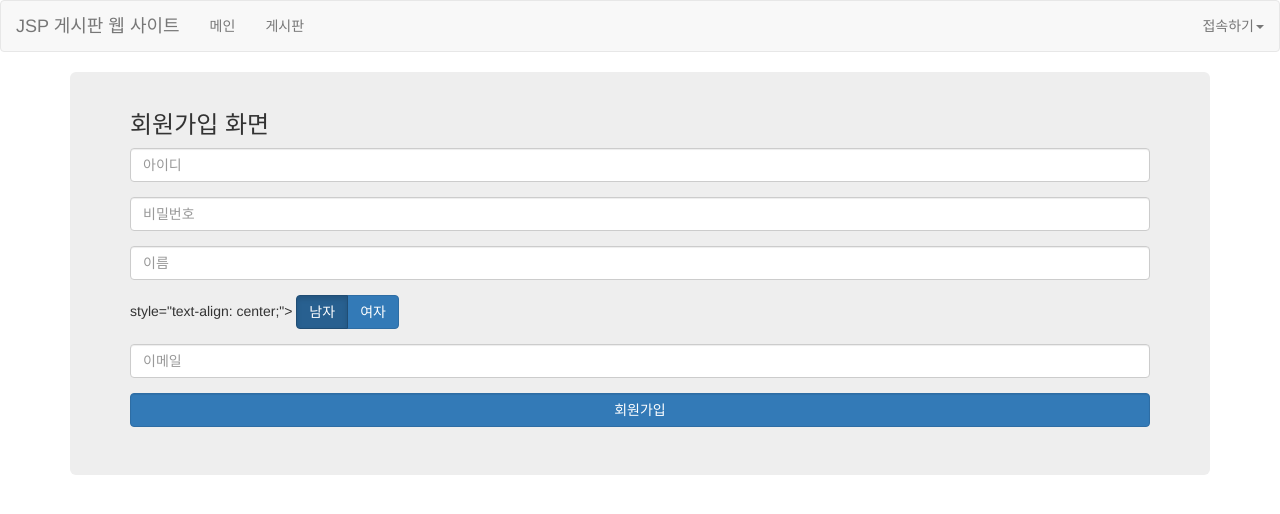
Repository: kkdk1116/JSP_Test
Page: http://localhost/BBS/join.jsp
The author's editor kept a copy of each file at every save. The page is drawn from the files as they stood at one save, then again after the next save.
The browser window is 1280 px wide. The pictures show the whole page.
Some web libraries are served in a nearby version. The page is served by Tomcat 9.

Above is the page before, as saved 2022-03-12 03:01:26.

After the next save:
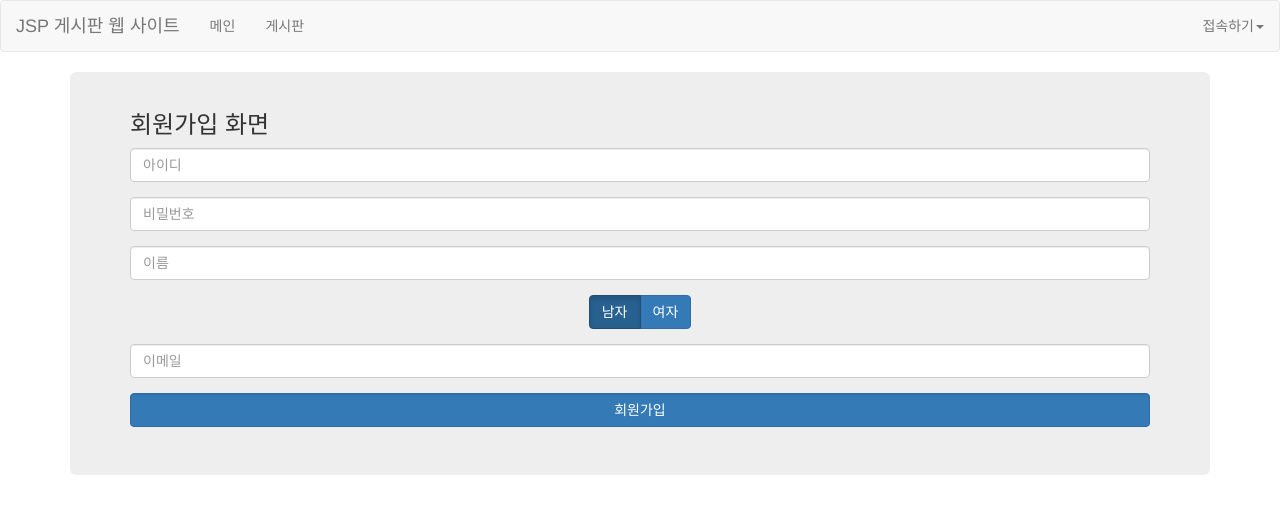
Saved 53 s later.
--- a/BBS/WebContent/join.jsp
+++ b/BBS/WebContent/join.jsp
@@ -54,7 +54,7 @@
 					<div class="form-group">
 						<input type="text" class="form-control" placeholder="이름" name="userName" maxlength="20">
 					</div>
-					<div class="form-group"> style="text-align: center;">
+					<div class="form-group" style="text-align: center;">
 						<div class="btn-group" data-toggle="buttons">
 							<label class="btn btn-primary active">
 								<input type="radio" name="userGender" autocomplete="off" value="남자" checked>남자
